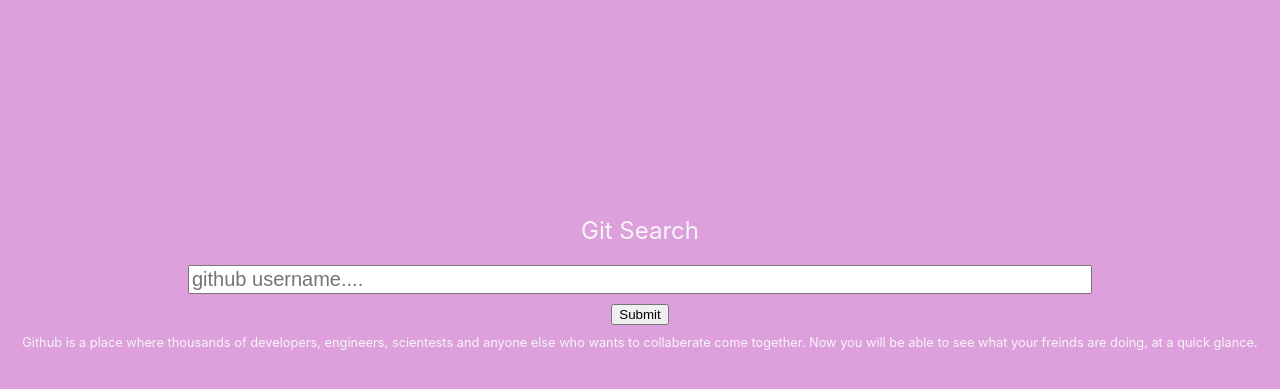
Repository: carlsopa/gitsearch
Page: / (app in gitsearch/)
An editor plug-in stored every save of this project. The page is shown before and after the next save, followed by the edit.
The browser window is 1280 px wide. The pictures show the whole page.
The project was rebuilt for these pictures with package versions that can differ from the ones it lists, and the page was loaded fresh each time. Also part of the build but not shown: gitsearch/src/components/profile.js, gitsearch/src/components/repo_card.js, gitsearch/src/components/repos.js.

Above is the page before, as saved 2020-06-23 09:47:23.

After the next save:
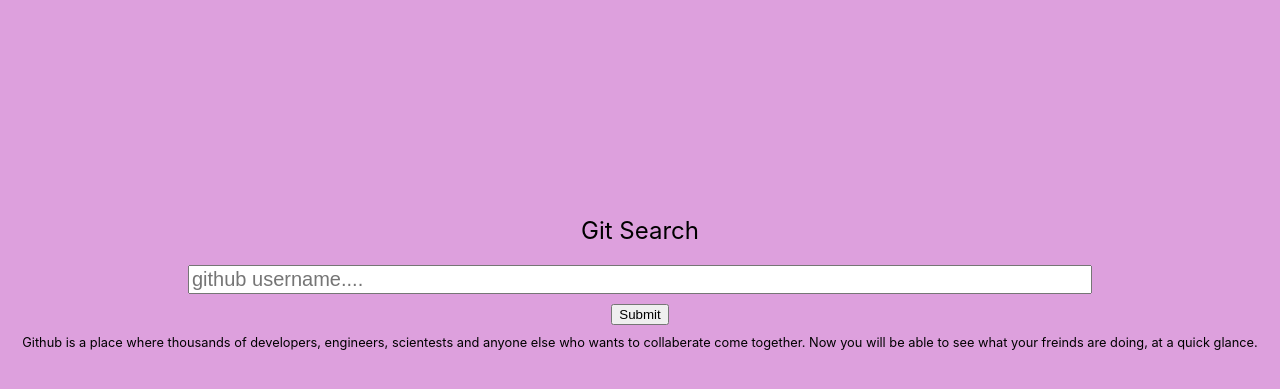
Saved 38 s later.
--- a/gitsearch/src/design/git.css
+++ b/gitsearch/src/design/git.css
@@ -1,6 +1,5 @@
 body{
     background-color: #DDA0DD;
-    color:#f5f5f5;
 }
 img{
     width:60%;
@@ -77,6 +76,8 @@
     width: 90vw;
     justify-self: center;
     box-shadow: 2px 1px 22px -3px rgba(0,0,0,0.61);
+    color:#f5f5f5;
+
 
 }
 .repo_title{
